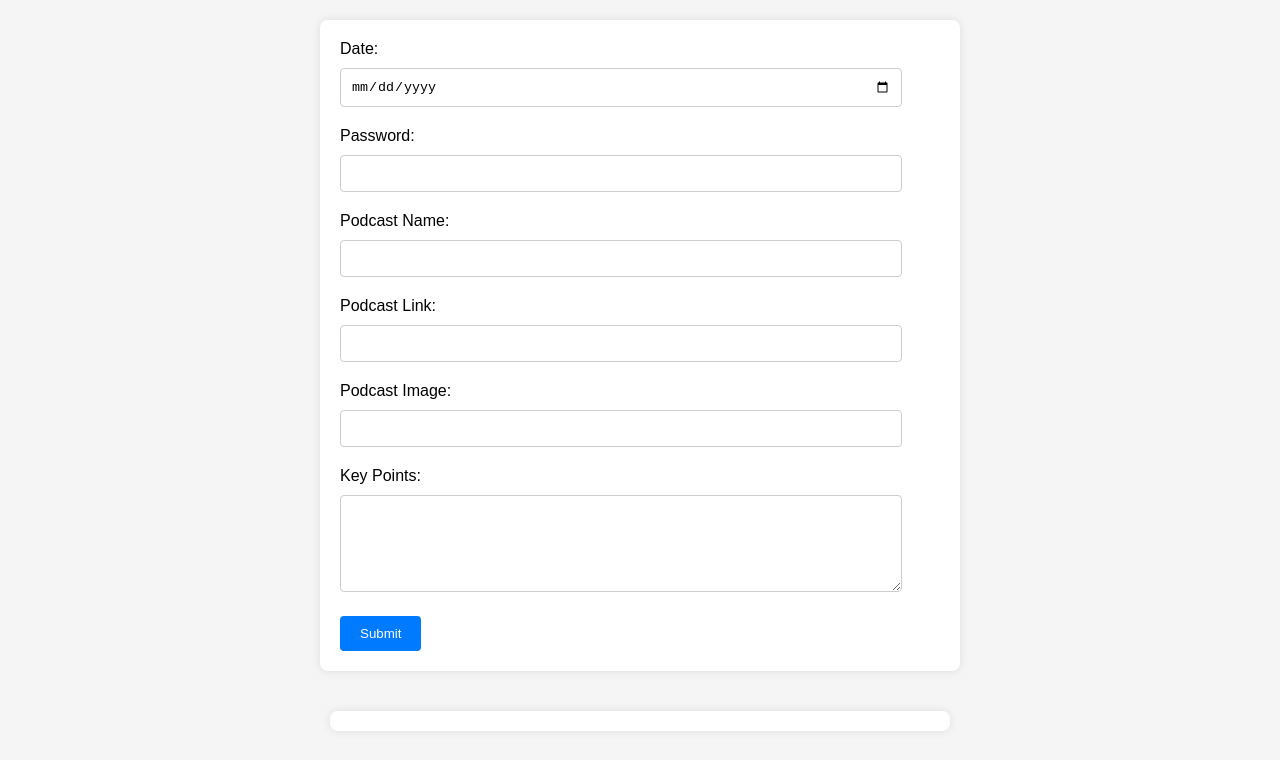
Repository: fechinmitchell/thedailyonepercent
Page: form.html
These files come from the project's save history. The page is drawn as it stood at one moment and after the next save; the edit follows.
The browser window is 1280 px wide. The pictures show the whole page.

Above is the page before, as saved 2023-06-25 22:18:43.

### form.html
<!DOCTYPE html>
<html>
<head>
  <link rel="stylesheet" type="text/css" href="popup.css">
</head>
<body>
  <div id="podcast-form-wrapper">
    <form id="podcast-form">
      <label for="date">Date:</label>
      <input type="date" id="date" name="date" required>

      <label for="password">Password:</label>
      <input type="password" id="password" name="password" required>

      <label for="podcastName">Podcast Name:</label>
      <input type="text" id="podcastName" name="podcastName" required>

      <label for="podcastLink">Podcast Link:</label>
      <input type="text" id="podcastLink" name="podcastLink" required>

      <label for="podcastImage">Podcast Image:</label>
      <input type="text" id="podcastImage" name="podcastImage" required>

      <label for="keyPoints">Key Points:</label>
      <textarea id="keyPoints" name="keyPoints" rows="5" required></textarea>

      <button type="button" id="submit">Submit</button>
    </form>
  </div>
  <div id="podcast-list">
    <h2>Saved Podcasts</h2>
    <ul id="podcast-list-items">
      <!-- Podcast items will be appended here -->
    </ul>
  </div>
  <script src="form.js"></script>
</body>
</html>

### popup.css
body {
  background-color: #f5f5f5;
  font-family: Arial, sans-serif;
  display: flex;
  justify-content: flex-start; /* align items at the start */
  align-items: center;
  height: 100vh;
  margin: 0;
  flex-direction: column; /* arrange items vertically */
  padding: 20px; /* add some padding around the whole body */
  overflow: auto; /* allow scrolling on the whole body if needed */
}

#header {
  display: flex;
  justify-content: center;
  align-items: center;
  margin-bottom: 20px;
}

#header-image {
  margin-right: 10px;
}

#podcast-form-wrapper, #podcast-list {
  background-color: white;
  padding: 20px;
  border-radius: 8px;
  box-shadow: 0px 0px 10px rgba(0,0,0,0.1);
  width: 80%;
  max-width: 600px;
  margin-bottom: 20px; /* add some space between the form and the list */
}

#podcast-form label {
  display: block;
  margin-bottom: 10px;
}

#podcast-form input,
#podcast-form textarea {
  width: 90%;
  padding: 10px;
  margin-bottom: 20px;
  border-radius: 4px;
  border: 1px solid #ccc;
}

#podcast-form button {
  background-color: #007BFF;
  color: white;
  border: none;
  border-radius: 4px;
  padding: 10px 20px;
  cursor: pointer;
}

#podcast-form button:hover {
  background-color: #0056b3;
}

#logo {
  width: 50px; /* Adjust this to change the size of the logo */
}

#podcast-list {
  margin-top: 20px;
  padding: 10px;
  height: 50vh; /* Adjust this to change the height of the podcast list */
  overflow-y: auto; /* Enable vertical scrolling for the podcast list */
}

#podcast-list-items li {
  margin-bottom: 10px;
}

.delete-btn {
  margin-left: 10px;
  color: red;
  cursor: pointer;
}

/* New additions */

#content-wrapper {
  width: 550px;
  display: flex;
  flex-direction: column;
  align-items: center;
  justify-content: space-between;
}

#podcast-card {
  width: 100%;
  height: 60px;
  display: flex;
  flex-direction: column;
  align-items: center;
  justify-content: space-between;
}

#logo {
  width: 100px;
  height: auto;
}

### form.js
function loadPodcasts() {
    var podcastList = document.getElementById('podcast-list-items');
    podcastList.innerHTML = '';  // clear the list

    // load all saved podcasts from local storage
    for (var i = 0; i < localStorage.length; i++) {
      var key = localStorage.key(i);
      var podcast = JSON.parse(localStorage.getItem(key));

      var li = document.createElement('li');
      li.innerText = key + ': ' + podcast.name + ' (' + podcast.link + ')';

      var deleteBtn = document.createElement('span');
      deleteBtn.className = 'delete-btn';
      deleteBtn.innerHTML = '&#10006;'; // X symbol
      deleteBtn.addEventListener('click', deletePodcast.bind(null, key));

      li.appendChild(deleteBtn);
      podcastList.appendChild(li);
    }
  }

  function deletePodcast(key) {
    localStorage.removeItem(key);
    loadPodcasts(); // Reload the podcast list to reflect the deletion
  }

  document.getElementById('submit').addEventListener('click', function() {
    var password = document.getElementById('password').value;

    if (password === '12345') {
      var date = document.getElementById('date').value;
      var newPodcastName = document.getElementById('podcastName').value;
      var newPodcastLink = document.getElementById('podcastLink').value;
      var newPodcastImage = document.getElementById('podcastImage').value;
      var keyPoints = document.getElementById('keyPoints').value;

      var podcast = {
        name: newPodcastName,
        link: newPodcastLink,
        image: newPodcastImage,
        keyPoints: keyPoints
      };

      // Use the date as the key instead of the current day of the month
      localStorage.setItem(date, JSON.stringify(podcast));
      alert("Podcast info saved for " + date + "!");

      // Reload the podcast list to include the new podcast
      loadPodcasts();
    } else {
      alert("Invalid password!");
    }
  });

  // Load the saved podcasts when the page is opened
  loadPodcasts();

After the next save:
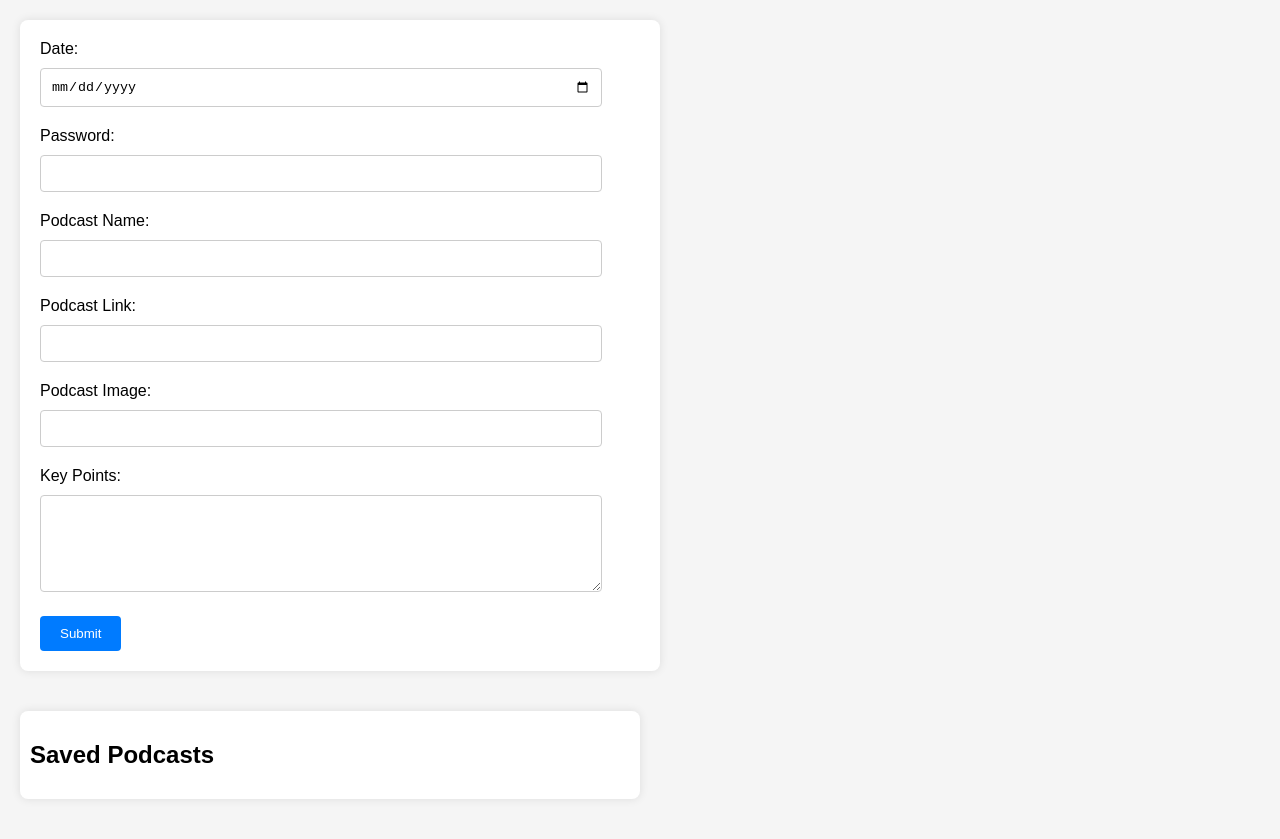
Saved 2 min 43 s later.
--- a/popup.css
+++ b/popup.css
@@ -2,9 +2,8 @@ body {
   background-color: #f5f5f5;
   font-family: Arial, sans-serif;
   display: flex;
-  justify-content: flex-start; /* align items at the start */
-  align-items: center;
-  height: 100vh;
+  justify-content: flex-start;
+  align-items: flex-start; /* Align items at the start */
   margin: 0;
   flex-direction: column; /* arrange items vertically */
   padding: 20px; /* add some padding around the whole body */
@@ -66,9 +65,10 @@ body {
 #podcast-list {
   margin-top: 20px;
   padding: 10px;
-  height: 50vh; /* Adjust this to change the height of the podcast list */
+  height: auto; /* Adjust this to change the height of the podcast list */
   overflow-y: auto; /* Enable vertical scrolling for the podcast list */
 }
+
 
 #podcast-list-items li {
   margin-bottom: 10px;
